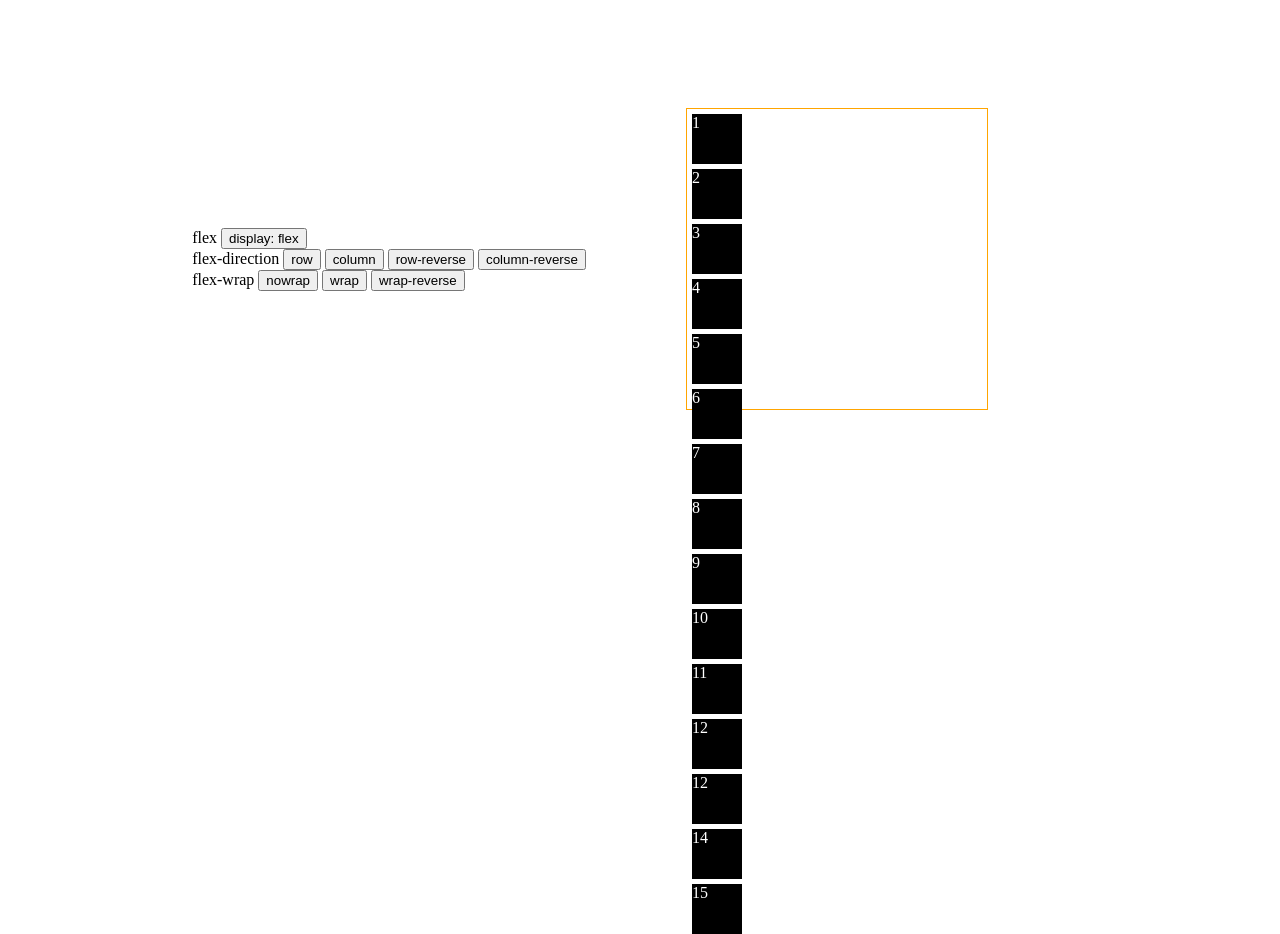
Repository: eeoooo/MINI-PROJECTS-HTML-CSS
Page: 220730-PracticeCSSFlex/index.html
These files come from the project's save history. The page is drawn as it stood at one moment and after the next save; the edit follows.
The browser window is 1280 px wide. The pictures show the whole page.

Above is the page before, as saved 2022-07-30 19:29:53.

### 220730-PracticeCSSFlex/index.html
<!DOCTYPE html>
<html lang="en">
<head>
    <meta charset="UTF-8">
    <meta http-equiv="X-UA-Compatible" content="IE=edge">
    <meta name="viewport" content="width=device-width, initial-scale=1.0">
    <link rel="stylesheet" href="style.css">
    <script defer src="main.js"></script>
    <title>Document</title>
</head>
<body>
    <div class="buttons">
        <span class="flexSpan">flex</span>
        <button class="flexButton">display: flex</button>
        <div class="flex-directions">
            <span class="flex-direction">flex-direction</span>
            <button class="flex-direction-row">row</button>
            <button class="flex-direction-column">column</button>
            <button class="flex-direction-row-reverse">row-reverse</button>
            <button class="flex-direction-column-reverse">column-reverse</button>
        </div>
        <div class="flex-wraps">
            <span class="flex-wrap">flex-wrap</span>
            <button class="flex-wrap-nowrap">nowrap</button>
            <button class="flex-wrap-wrap">wrap</button>
            <button class="flex-wrap-wrap-reverse">wrap-reverse</button>
        </div>
    </div>
    <div class="container">
        <div class="box">1</div>
        <div class="box">2</div>
        <div class="box">3</div>
        <div class="box">4</div>
        <div class="box">5</div>
        <div class="box">6</div>
        <div class="box">7</div>
        <div class="box">8</div>
        <div class="box">9</div>
        <div class="box">10</div>
        <div class="box">11</div>
        <div class="box">12</div>
        <div class="box">12</div>
        <div class="box">14</div>
        <div class="box">15</div>
    </div>
</body>
</html>

### 220730-PracticeCSSFlex/style.css
body {
  display: flex;
  justify-content: center;
  align-items: center;
}
.container {
  width: 300px;
  height: 300px;
  border: 1px solid orange;
  margin: 100px;
}
.box {
  width: 50px;
  height: 50px;
  background-color: black;
  color: white;
  margin: 5px;
}

### 220730-PracticeCSSFlex/main.js
let container = document.querySelector('.container');
let boxes = document.querySelectorAll('.box');

let buttonFlex = document.querySelector('.flexButton');
let buttonsFlexDirection = document.querySelector('.flex-directions');
let buttonsFlexWrap = document.querySelector('.flex-wraps');

let clicked = ''
function setClicked(clickedItem){
    if (clicked){
        clicked.style.backgroundColor = '';}
    clickedItem.style.backgroundColor = 'lightBlue';
    clickedItem.style.border = '1px solid gray';
    clickedItem.style.borderRadius = '3px';
    clicked = clickedItem;
}
buttonFlex.addEventListener('click', ()=>{
    if( container.style.display == 'flex'){
        container.style.display = '';
        buttonFlex.textContent = 'display: flex';
        setClicked(buttonFlex);
    } else if (container.style.display == ''){
        container.style.display = 'flex';
        buttonFlex.textContent = 'display: block';
        setClicked(buttonFlex);
    }
})

buttonsFlexDirection.addEventListener('click', event => {
    if (event.target.tagName == 'BUTTON'){
        switch (event.target.attributes.class.value){
            case 'flex-direction-row':
                container.style.flexDirection = 'row';
                break
            case 'flex-direction-column':
                container.style.flexDirection = 'column';
                break
            case 'flex-direction-row-reverse':
                container.style.flexDirection = 'row-reverse';
                break
            case 'flex-direction-column-reverse':
                container.style.flexDirection = 'column-reverse';
                break
        }
        setClicked(event.target);
    }
})

buttonsFlexWrap.addEventListener('click',(event)=>{
    if (event.target.tagName == 'BUTTON'){
        switch (event.target.attributes.class.value){
            case 'flex-wrap-nowrap':
                container.style.flexWrap = 'nowrap';
                break
            case 'flex-wrap-wrap':
                container.style.flexWrap = 'wrap';
                break
            case 'flex-wrap-wrap-reverse':
                container.style.flexWrap = 'wrap-reverse';
                break
        }
        setClicked(event.target);
    }
})

After the next save:
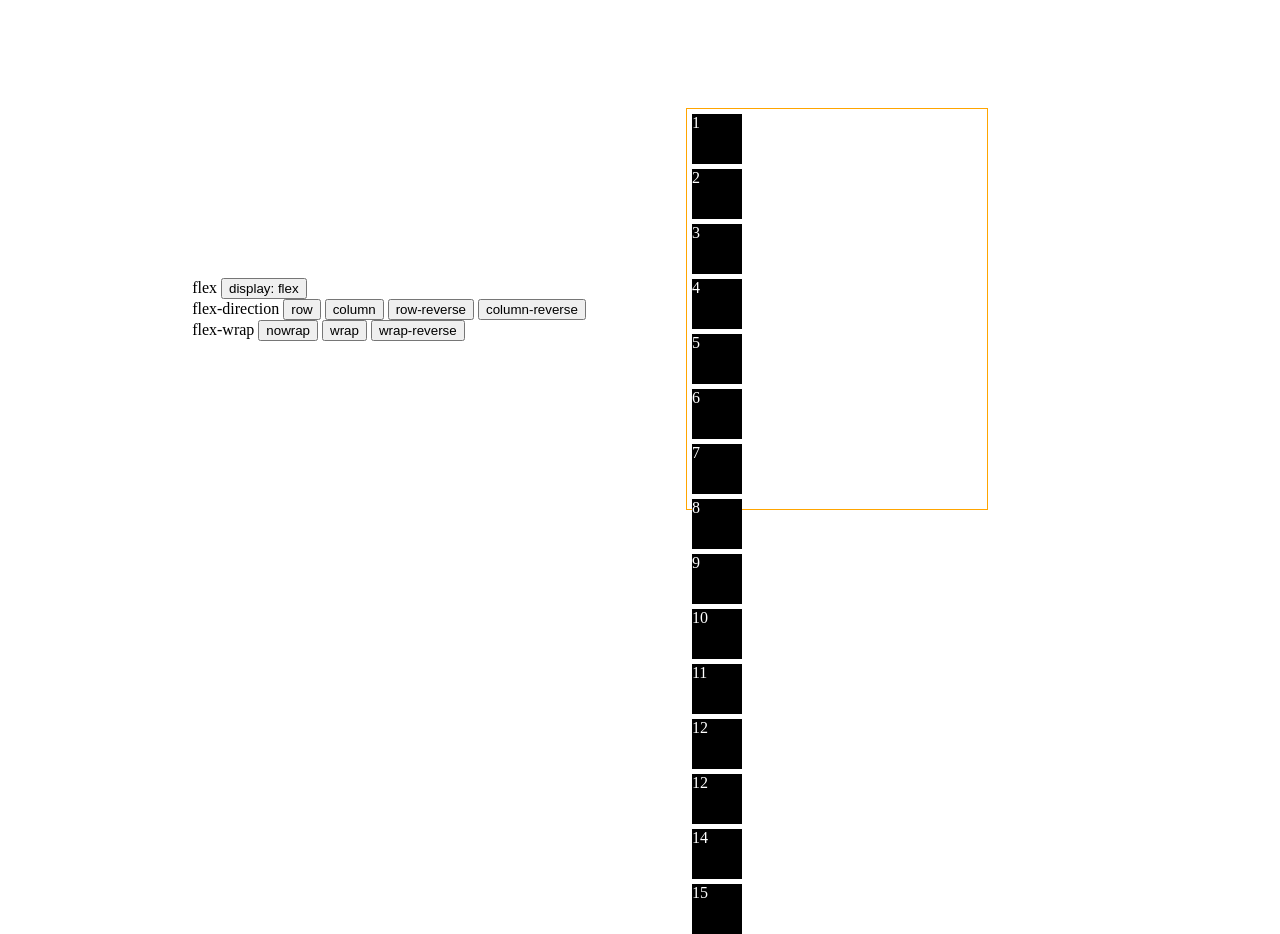
Saved 7 s later.
--- a/220730-PracticeCSSFlex/style.css
+++ b/220730-PracticeCSSFlex/style.css
@@ -5,7 +5,7 @@ body {
 }
 .container {
   width: 300px;
-  height: 300px;
+  height: 400px;
   border: 1px solid orange;
   margin: 100px;
 }
